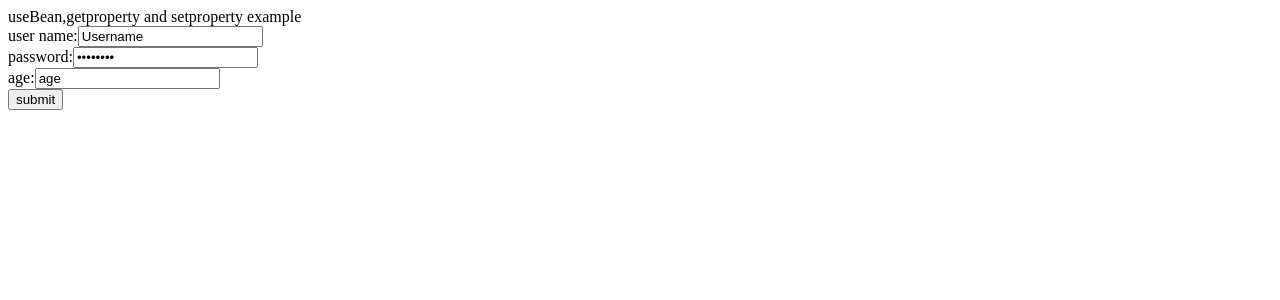
Repository: LAKSHMINAVYATADIKAMALLA/training
Page: http://localhost/JspGetandSet/
These files come from the project's save history. The page is drawn as it stood at one moment and after the next save; the edit follows.
The browser window is 1280 px wide. The pictures show the whole page.
The page is served by Tomcat 9. Other server files are loaded and not shown.

Above is the page before, as saved 2020-02-12 04:29:53.

### JspGetandSet/WebContent/index.jsp
<%@ page language="java" contentType="text/html; charset=ISO-8859-1"
    pageEncoding="ISO-8859-1"%>
<!DOCTYPE html PUBLIC "-//W3C//DTD HTML 4.01 Transitional//EN" "http://www.w3.org/TR/html4/loose.dtd">
<html>
<head>
useBean,getproperty and setproperty example
<meta http-equiv="Content-Type" content="text/html; charset=ISO-8859-1">
<title>Insert title here</title>
</head>
<body>
<form action="Userdetails.jsp" method="post">
user name:<input type="test" value="Username"><br>
password:<input type="password" value="Password"><br>
age:<input type="text" value="age"><br>
<input type="submit" value="submit">
</form>

</body>
</html>

After the next save:
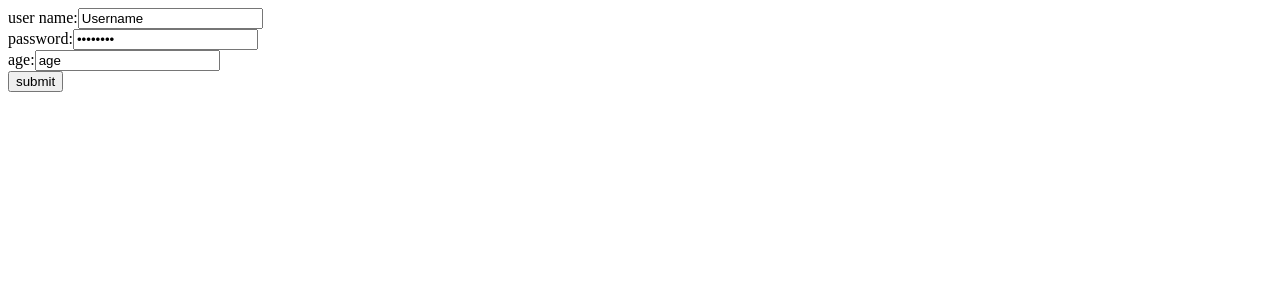
Saved 80 s later.
--- a/JspGetandSet/WebContent/index.jsp
+++ b/JspGetandSet/WebContent/index.jsp
@@ -3,7 +3,7 @@
 <!DOCTYPE html PUBLIC "-//W3C//DTD HTML 4.01 Transitional//EN" "http://www.w3.org/TR/html4/loose.dtd">
 <html>
 <head>
-useBean,getproperty and setproperty example
+
 <meta http-equiv="Content-Type" content="text/html; charset=ISO-8859-1">
 <title>Insert title here</title>
 </head>

After the 2 saves that followed:
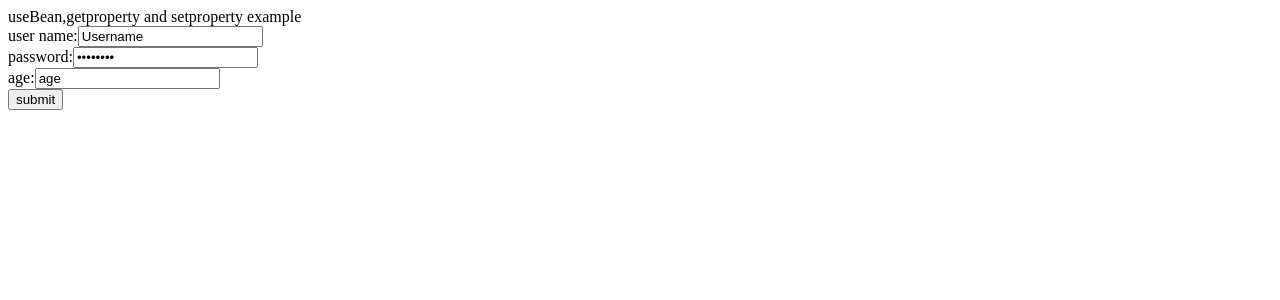
The 2 saves are shown as one change because 1 left the picture as it was.
The last was saved 35 s later.
--- a/JspGetandSet/WebContent/index.jsp
+++ b/JspGetandSet/WebContent/index.jsp
@@ -3,13 +3,13 @@
 <!DOCTYPE html PUBLIC "-//W3C//DTD HTML 4.01 Transitional//EN" "http://www.w3.org/TR/html4/loose.dtd">
 <html>
 <head>
-
+useBean,getproperty and setproperty example
 <meta http-equiv="Content-Type" content="text/html; charset=ISO-8859-1">
 <title>Insert title here</title>
 </head>
 <body>
 <form action="Userdetails.jsp" method="post">
-user name:<input type="test" value="Username"><br>
+user name:<input type="text" value="Username"><br>
 password:<input type="password" value="Password"><br>
 age:<input type="text" value="age"><br>
 <input type="submit" value="submit">
